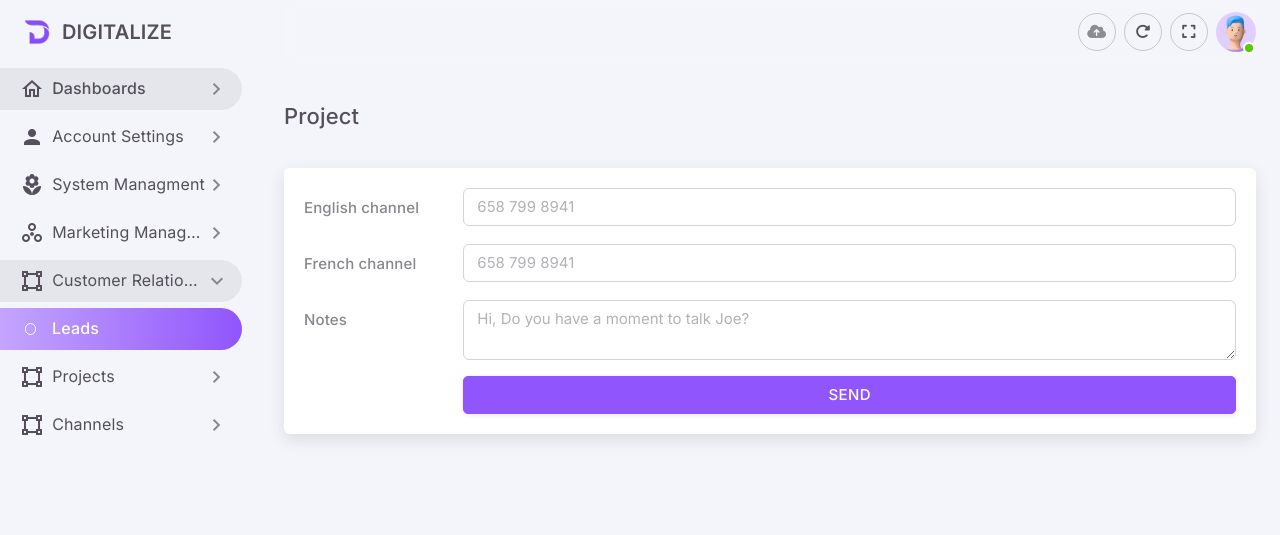
Repository: FadyFathey/sales-crm
Page: html/add-channel.html
The author's editor kept a copy of each file at every save. The page is drawn from the files as they stood at one save, then again after the next save.
The browser window is 1280 px wide. The pictures show the whole page.
Some icons come from a web library that is not loaded, so they are not drawn. Some web libraries are served in a nearby version.

Above is the page before, as saved 2024-10-10 13:53:01.
Console error: ReferenceError: d3 is not defined

### html/add-channel.html
<!DOCTYPE html>

<html lang="en" class="light-style layout-menu-fixed layout-compact" dir="ltr" data-theme="theme-default"
    data-assets-path="../assets/" data-template="vertical-menu-template-free">

<head>
    <meta charset="utf-8" />
    <meta name="viewport"
        content="width=device-width, initial-scale=1.0, user-scalable=no, minimum-scale=1.0, maximum-scale=1.0" />

    <title>crm</title>

    <meta name="description" content="" />

    <!-- Favicon -->
    <link rel="icon" type="image/x-icon" href="../assets/img/favicon/favicon.ico" />

    <!-- Fonts -->
    <link rel="preconnect" href="https://fonts.googleapis.com" />
    <link rel="preconnect" href="https://fonts.gstatic.com" crossorigin />
    <link href="https://fonts.googleapis.com/css2?family=Inter:wght@300;400;500;600;700&ampdisplay=swap"
        rel="stylesheet" />

    <link rel="stylesheet" href="../assets/vendor/fonts/materialdesignicons.css" />

    <!-- Menu waves for no-customizer fix -->
    <link rel="stylesheet" href="../assets/vendor/libs/node-waves/node-waves.css" />

    <!-- Core CSS -->
    <link rel="stylesheet" href="../assets/vendor/css/core.css" class="template-customizer-core-css" />
    <link rel="stylesheet" href="../assets/vendor/css/theme-default.css" class="template-customizer-theme-css" />
    <link rel="stylesheet" href="../assets/css/demo.css" />

    <!-- Vendors CSS -->
    <link rel="stylesheet" href="../assets/vendor/libs/perfect-scrollbar/perfect-scrollbar.css" />
    <link rel="stylesheet" href="../assets/vendor/libs/apex-charts/apex-charts.css" />

    <!-- Page CSS -->

    <!-- Font Awesome -->
    <link rel="stylesheet" href="https://cdnjs.cloudflare.com/ajax/libs/font-awesome/6.6.0/css/all.min.css">

    <!-- Helpers -->
    <script src="../assets/vendor/js/helpers.js"></script>
    <!--! Template customizer & Theme config files MUST be included after core stylesheets and helpers.js in the <head> section -->
    <!--? Config:  Mandatory theme config file contain global vars & default theme options, Set your preferred theme option in this file.  -->
    <script src="../assets/js/config.js"></script>
</head>

<body>
    <!-- Layout wrapper -->
    <div class="layout-wrapper layout-content-navbar">
        <div class="layout-container">
            <!-- Menu -->

            <aside id="layout-menu" class="layout-menu menu-vertical menu bg-menu-theme">
                <div class="app-brand demo">
                    <a href="index.html" class="app-brand-link">
                        <span class="app-brand-logo demo me-1">
                            <span style="color: var(--bs-primary)">
                                <img src="../assets/img/logo/Logo.png" alt="Logo" width="26px" height="26px">
                            </span>
                        </span>
                        <span class="app-brand-text demo menu-text fw-semibold ms-2">Digitalize</span>
                    </a>

                    <a href="javascript:void(0);" class="layout-menu-toggle menu-link text-large ms-auto">
                        <i class="mdi menu-toggle-icon d-xl-block align-middle mdi-20px"></i>
                    </a>
                </div>

                <div class="menu-inner-shadow"></div>

                <ul class="menu-inner py-1">
                    <!-- Dashboards -->
                    <li class="menu-item active">
                        <a href="javascript:void(0);" class="menu-link menu-toggle">
                            <i class="menu-icon tf-icons mdi mdi-home-outline"></i>
                            <div data-i18n="Dashboards">Dashboards</div>
                        </a>
                        <ul class="menu-sub">
                            <li class="menu-item">
                                <a href="index.html" class="menu-link">
                                    <div data-i18n="Analytics">Analytics</div>
                                </a>
                            </li>
                            <li class="menu-item">
                                <a href="system-admin-dashboard.html" class="menu-link">
                                    <div data-i18n="Analytics">System Admin</div>
                                </a>
                            </li>
                            <li class="menu-item">
                                <a href="sales-admin.html" class="menu-link">
                                    <div data-i18n="Analytics">Sales Admin</div>
                                </a>
                            </li>
                            <li class="menu-item">
                                <a href="sales-dashboard.html" class="menu-link">
                                    <div data-i18n="Analytics">Sales</div>
                                </a>
                            </li>
                        </ul>
                    </li>

                    <!-- Pages -->
                    <li class="menu-item">
                        <a href="javascript:void(0);" class="menu-link menu-toggle">
                            <i class="menu-icon tf-icons mdi mdi-account"></i>
                            <div data-i18n="Account Settings">Account Settings</div>
                        </a>
                        <ul class="menu-sub">
                            <li class="menu-item">
                                <a href="pages-account-settings-account.html" class="menu-link">
                                    <div data-i18n="Account">Account</div>
                                </a>
                            </li>
                            <li class="menu-item">
                                <a href="pages-account-settings-notifications.html" class="menu-link">
                                    <div data-i18n="Notifications">Notifications</div>
                                </a>
                            </li>

                        </ul>
                    </li>

                    <li class="menu-item">
                        <a href="javascript:void(0);" class="menu-link menu-toggle">
                            <i class="menu-icon tf-icons mdi mdi-flower"></i>
                            <div data-i18n="Account Settings">System Managment</div>
                        </a>
                        <ul class="menu-sub">
                            <li class="menu-item">
                                <a href="app-user-list.html" class="menu-link">
                                    <div data-i18n="Account">Users</div>
                                </a>
                            </li>
                            <li class="menu-item">
                                <a href="user-groups.html" class="menu-link">
                                    <div data-i18n="Account">Groups</div>
                                </a>
                            </li>
                            <li class="menu-item ">
                                <a href="permission.html" class="menu-link">
                                    <div data-i18n="Account">Permissions</div>
                                </a>
                            </li>
                            <li class="menu-item">
                                <a href="side-menus.html" class="menu-link">
                                    <div data-i18n="Account">Side Menu</div>
                                </a>
                            </li>
                        </ul>
                    </li>

                    <li class="menu-item">
                        <a href="javascript:void(0);" class="menu-link menu-toggle">
                            <i class="menu-icon tf-icons mdi mdi-google-circles-extended"></i>
                            <div data-i18n="Account Settings">Marketing Managment</div>
                        </a>
                        <ul class="menu-sub">
                            <li class="menu-item">
                                <a href="campaign.html" class="menu-link">
                                    <div data-i18n="Account">Campaign</div>
                                </a>
                            </li>
                        </ul>
                    </li>

                    <li class="menu-item open">
                        <a href="javascript:void(0);" class="menu-link menu-toggle">
                            <i class="menu-icon tf-icons mdi mdi-vector-square"></i>
                            <div data-i18n="Account Settings">Customer Relationship Management</div>
                        </a>
                        <ul class="menu-sub">
                            <li class="menu-item active">
                                <a href="profile.html" class="menu-link">
                                    <div data-i18n="Account">Leads</div>
                                </a>
                            </li>
                        </ul>
                    </li>
                    <!-- projects -->
                    <li class="menu-item">
                        <a href="javascript:void(0);" class="menu-link menu-toggle">
                            <i class="menu-icon tf-icons mdi mdi-vector-square"></i>
                            <div data-i18n="Account Settings">Projects</div>
                        </a>

                        <ul class="menu-sub">
                            <li class="menu-item">
                                <a href="project.html" class="menu-link">
                                    <div data-i18n="Account">Add Project</div>
                                </a>
                            </li>
                        </ul>
                        <!-- project-list -->
                        <ul class="menu-sub">
                            <li class="menu-item">
                                <a href="project-list.html" class="menu-link">
                                    <div data-i18n="Account">Project-list</div>
                                </a>
                            </li>
                        </ul>
                    </li>
                    <!-- channels -->
                    <li class="menu-item">
                        <a href="javascript:void(0);" class="menu-link menu-toggle">
                            <i class="menu-icon tf-icons mdi mdi-vector-square"></i>
                            <div data-i18n="Account Settings">Channels</div>
                        </a>
                        <ul class="menu-sub">
                            <li class="menu-item">
                                <a href="add-channel.html" class="menu-link">
                                    <div data-i18n="Account">Add Channel</div>
                                </a>
                            </li>
                        </ul>
                        <!-- project-list -->
                        <ul class="menu-sub">
                            <li class="menu-item">
                                <a href="channel-list.html" class="menu-link">
                                    <div data-i18n="Account">Channel-list</div>
                                </a>
                            </li>
                        </ul>
                    </li>
                </ul>
            </aside>
            <!-- / Menu -->

            <!-- Layout container -->
            <div class="layout-page">
                <!-- Navbar -->

                <nav class="layout-navbar container-xxl navbar navbar-expand-xl navbar-detached align-items-center bg-navbar-theme"
                    id="layout-navbar">
                    <div class="layout-menu-toggle navbar-nav align-items-xl-center me-3 me-xl-0 d-xl-none">
                        <a class="nav-item nav-link px-0 me-xl-4" href="javascript:void(0)">
                            <i class="mdi mdi-menu mdi-24px"></i>
                        </a>
                    </div>

                    <div class="navbar-nav-right d-flex align-items-center" id="navbar-collapse">
                        <!-- Search -->
                        <div class="navbar-nav align-items-center">

                        </div>
                        <!-- /Search -->

                        <ul class="navbar-nav flex-row align-items-center ms-auto" style="gap: 8px;">
                            <!-- Place this tag where you want the button to render. -->
                            <!-- User -->
                            <li class="nav-item navbar-dropdown dropdown-user dropdown">
                                <a class="btn rounded-pill btn-icon btn-outline-secondary waves-effect"
                                    href="upload-lead.html" target="_blank">
                                    <i class="fa-solid fa-cloud-arrow-up"></i>
                                </a>
                            </li>
                            <li class="nav-item navbar-dropdown dropdown-user dropdown">
                                <a class="btn rounded-pill btn-icon btn-outline-secondary waves-effect"
                                    id="reload-button">
                                    <i class="fa-solid fa-rotate-right"></i>
                                </a>
                            </li>
                            <li class="nav-item navbar-dropdown dropdown-user dropdown">
                                <a class="btn rounded-pill btn-icon btn-outline-secondary waves-effect"
                                    id="fullscreen-btn">
                                    <i class="fa-solid fa-expand"></i>
                                </a>
                            </li>
                            <!--/ User -->
                            <!-- User -->
                            <li class="nav-item navbar-dropdown dropdown-user dropdown">
                                <a class="nav-link dropdown-toggle hide-arrow p-0" href="javascript:void(0);"
                                    data-bs-toggle="dropdown">
                                    <div class="avatar avatar-online">
                                        <img src="../assets/img/avatars/1.png" alt
                                            class="w-px-40 h-auto rounded-circle" />
                                    </div>
                                </a>
                                <ul class="dropdown-menu dropdown-menu-end mt-3 py-2">
                                    <li>
                                        <a class="dropdown-item pb-2 mb-1" href="#">
                                            <div class="d-flex align-items-center">
                                                <div class="flex-shrink-0 me-2 pe-1">
                                                    <div class="avatar avatar-online">
                                                        <img src="../assets/img/avatars/1.png" alt
                                                            class="w-px-40 h-auto rounded-circle" />
                                                    </div>
                                                </div>
                                                <div class="flex-grow-1">
                                                    <h6 class="mb-0">John Doe</h6>
                                                    <small class="text-muted">Admin</small>
                                                </div>
                                            </div>
                                        </a>
                                    </li>
                                    <li>
                                        <div class="dropdown-divider my-1"></div>
                                    </li>

                                    <li>
                                        <a class="dropdown-item" href="#">
                                            <i class="mdi mdi-cog-outline me-1 mdi-20px"></i>
                                            <span class="align-middle">Settings</span>
                                        </a>
                                    </li>

                                    <li>
                                        <div class="dropdown-divider my-1"></div>
                                    </li>
                                    <li>
                                        <a class="dropdown-item" href="javascript:void(0);">
                                            <i class="mdi mdi-power me-1 mdi-20px"></i>
                                            <span class="align-middle">Log Out</span>
                                        </a>
                                    </li>
                                </ul>
                            </li>
                            <!--/ User -->
                        </ul>
                    </div>
                </nav>

                <!-- / Navbar -->

                <!-- Content wrapper -->
                <div class="content-wrapper">

                    <!-- Content -->
                    <div class="container-xxl flex-grow-1 container-p-y">
                        <h4 class="py-3 mb-4"><span class="text-muted fw-light"></span> Project</h4>
                        <div class="row">
                            <!-- Basic Layout -->
                            <div class="col-xxl">
                                <div class="card mb-4">

                                    <div class="card-body">
                                        <form>

                                            <div class="row mb-3">
                                                <label class="col-sm-2 col-form-label" for="basic-default-phone">
                                                    English channel</label>
                                                <div class="col-sm-10">
                                                    <input type="text" id="basic-default-phone"
                                                        class="form-control phone-mask" placeholder="658 799 8941"
                                                        aria-label="658 799 8941"
                                                        aria-describedby="basic-default-phone" />
                                                </div>
                                            </div>
                                            <div class="row mb-3">
                                                <label class="col-sm-2 col-form-label" for="basic-default-phone">
                                                    French channel</label>
                                                <div class="col-sm-10">
                                                    <input type="text" id="basic-default-phone"
                                                        class="form-control phone-mask" placeholder="658 799 8941"
                                                        aria-label="658 799 8941"
                                                        aria-describedby="basic-default-phone" />
                                                </div>
                                            </div>
                                            <div class="row mb-3">
                                                <label class="col-sm-2 col-form-label"
                                                    for="basic-default-message">Notes</label>
                                                <div class="col-sm-10">
                                                    <textarea id="basic-default-message" class="form-control"
                                                        placeholder="Hi, Do you have a moment to talk Joe?"
                                                        aria-label="Hi, Do you have a moment to talk Joe?"
                                                        aria-describedby="basic-icon-default-message2"></textarea>
                                                </div>
                                            </div>

                                            <div class="row justify-content-end ">
                                                <div class="col-sm-10">
                                                    <button type="submit" class="btn btn-primary w-100">Send</button>
                                                </div>
                                            </div>
                                        </form>
                                    </div>
                                </div>
                            </div>


                        </div>
                    </div>
                    <!-- / Content -->
                    <div class="content-backdrop fade"></div>
                </div>
                <!-- Content wrapper -->
            </div>
            <!-- / Layout page -->
        </div>

        <!-- Overlay -->
        <div class="layout-overlay layout-menu-toggle"></div>
    </div>
    <!-- / Layout wrapper -->

    <!-- Core JS -->
    <!-- build:js assets/vendor/js/core.js -->
    <script src="../assets/vendor/libs/jquery/jquery.js"></script>
    <script src="../assets/vendor/libs/popper/popper.js"></script>
    <script src="../assets/vendor/js/bootstrap.js"></script>
    <script src="../assets/vendor/libs/node-waves/node-waves.js"></script>
    <script src="../assets/vendor/libs/perfect-scrollbar/perfect-scrollbar.js"></script>
    <script src="../assets/vendor/js/menu.js"></script>

    <!-- endbuild -->

    <!-- Vendors JS -->
    <script src="../assets/vendor/libs/apex-charts/apexcharts.js"></script>

    <!-- Main JS -->
    <script src="../assets/js/main.js"></script>

    <!-- Page JS -->
    <script src="../assets/js/dashboards-analytics.js"></script>

    <!-- Place this tag in your head or just before your close body tag. -->
    <script async defer src="https://buttons.github.io/buttons.js"></script>
</body>

</html>

Loaded but not shown: assets/vendor/fonts/materialdesignicons.css (library); assets/vendor/libs/node-waves/node-waves.css (library); assets/vendor/css/core.css (library); assets/vendor/css/theme-default.css (library); assets/vendor/libs/perfect-scrollbar/perfect-scrollbar.css (library); assets/vendor/libs/apex-charts/apex-charts.css (library); assets/vendor/js/helpers.js (library); assets/vendor/libs/jquery/jquery.js (library); assets/vendor/libs/popper/popper.js (library); assets/vendor/js/bootstrap.js (library); assets/vendor/libs/node-waves/node-waves.js (library); assets/vendor/libs/perfect-scrollbar/perfect-scrollbar.js (library); assets/vendor/js/menu.js (library); assets/vendor/libs/apex-charts/apexcharts.js (library); assets/js/dashboards-analytics.js (443 lines, source omitted); assets/js/main.js (244 lines, source omitted); assets/js/config.js (30 lines, source omitted); assets/css/demo.css (185 lines, source omitted)

After the next save:
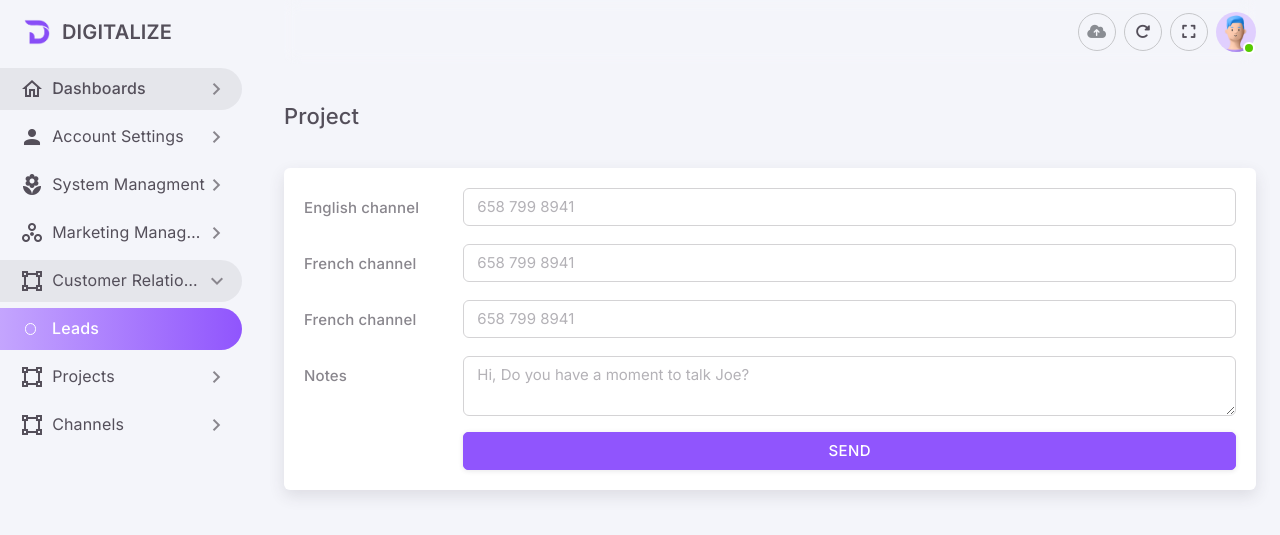
Saved 15 s later.
--- a/html/add-channel.html
+++ b/html/add-channel.html
@@ -359,6 +359,16 @@
                                                 </div>
                                             </div>
                                             <div class="row mb-3">
+                                                <label class="col-sm-2 col-form-label" for="basic-default-phone">
+                                                    French channel</label>
+                                                <div class="col-sm-10">
+                                                    <input type="text" id="basic-default-phone"
+                                                        class="form-control phone-mask" placeholder="658 799 8941"
+                                                        aria-label="658 799 8941"
+                                                        aria-describedby="basic-default-phone" />
+                                                </div>
+                                            </div>
+                                            <div class="row mb-3">
                                                 <label class="col-sm-2 col-form-label"
                                                     for="basic-default-message">Notes</label>
                                                 <div class="col-sm-10">
